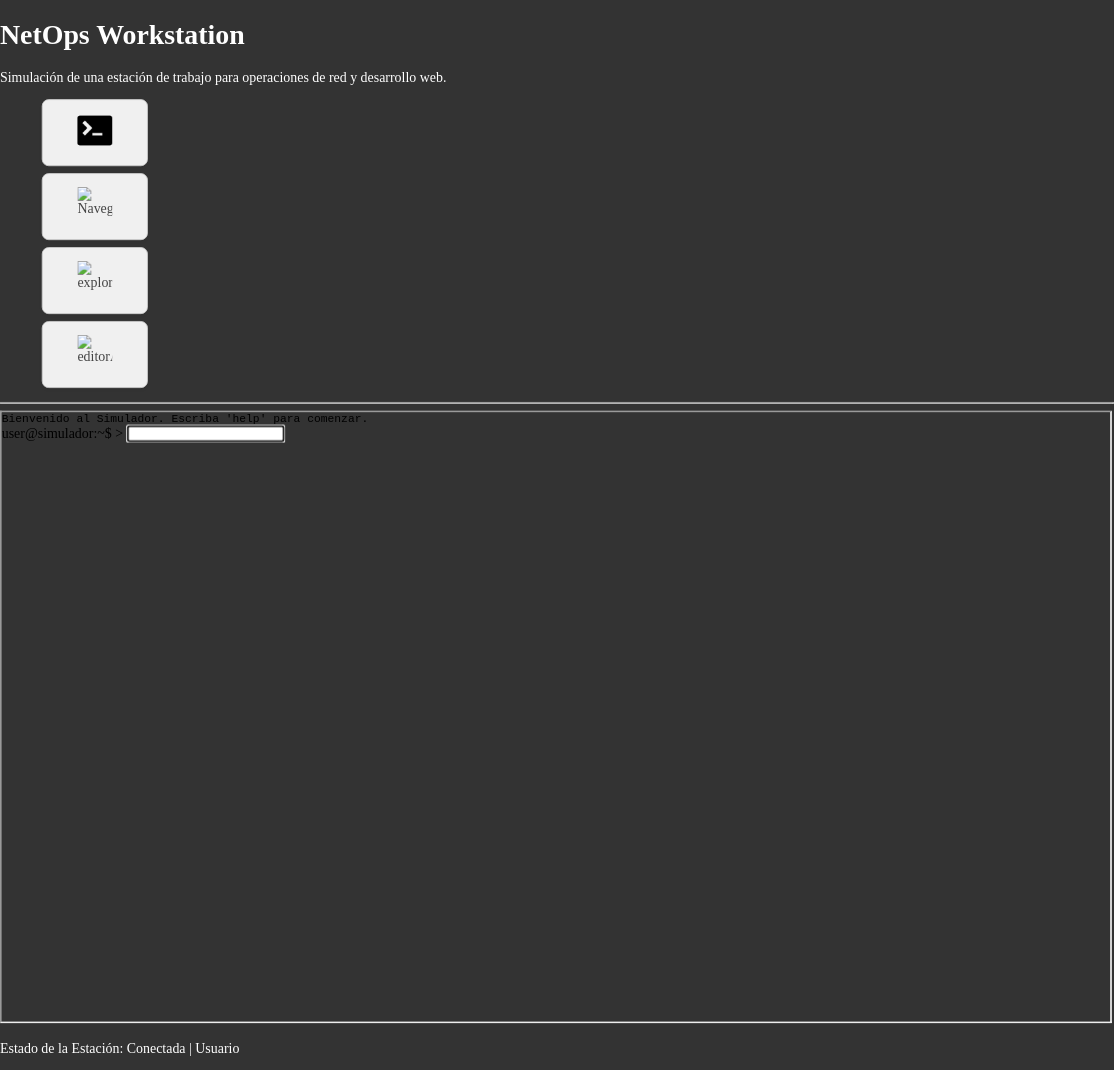
Repository: ValdezGalia/ProgramacionWebUcab
Page: lan-01.html
The author's editor kept a copy of each file at every save. The page is drawn from the files as they stood at one save, then again after the next save.
The browser window is 1280 px wide. The pictures show the whole page, at 87% of full size.

Above is the page before, as saved 2025-11-13 16:26:21.

After the next save:
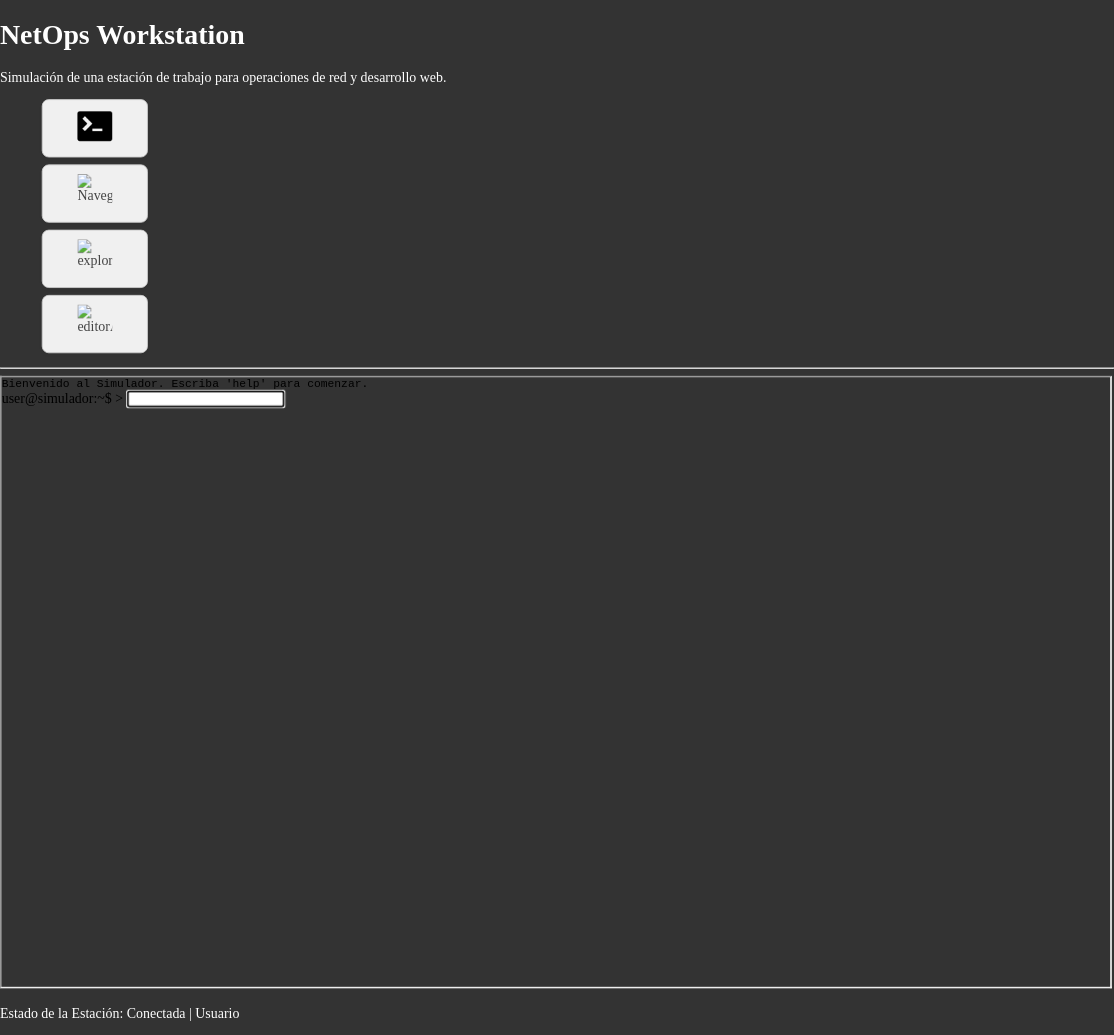
Saved 31 s later.
--- a/style/lan-01.css
+++ b/style/lan-01.css
@@ -19,7 +19,7 @@ nav ul li a {
     text-decoration: none;
     color: #444444;
     background-color: #f0f0f0;
-    padding: 15px 10px;
+    padding: 10px 10px;
     margin: 8px;
     border: 1px solid #cccccc;
     border-radius: 8px;
